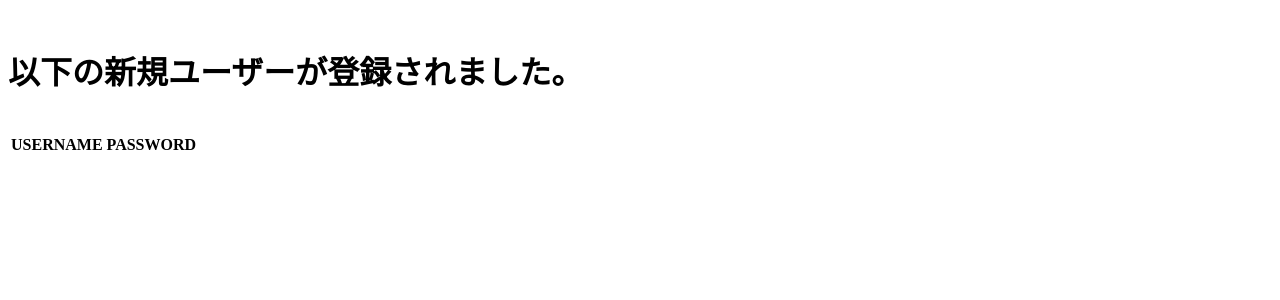
Repository: risalarson/test
Page: http://localhost/WebProj5/test.jsp
An editor plug-in stored every save of this project. The page is shown before and after the next save, followed by the edit.
The browser window is 1280 px wide. The pictures show the whole page.
The page is served by Tomcat 9.

Above is the page before, as saved 2019-04-10 07:37:12.

After the next save:
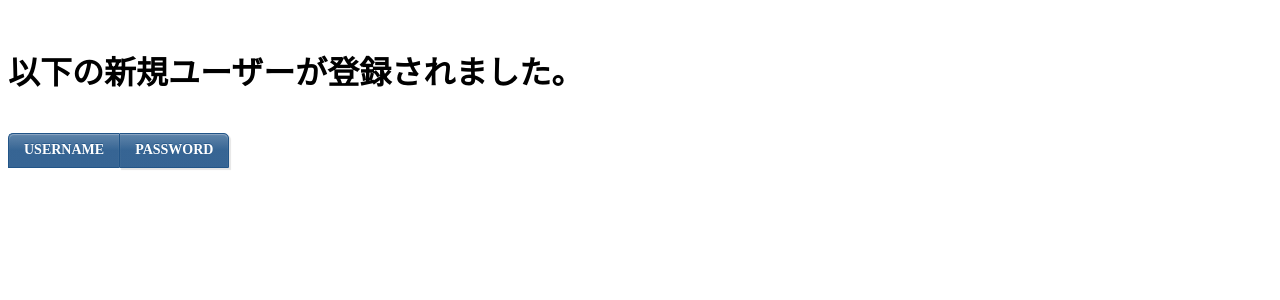
Saved 24 min 40 s later.
--- a/WebProj5/WebContent/test.jsp
+++ b/WebProj5/WebContent/test.jsp
@@ -5,6 +5,7 @@
 <html>
 <head>
 <meta charset="UTF-8">
+<link rel="stylesheet" type="text/css" href="./css/style.css">
 <title>TEST</title>
 </head>
 <body>
